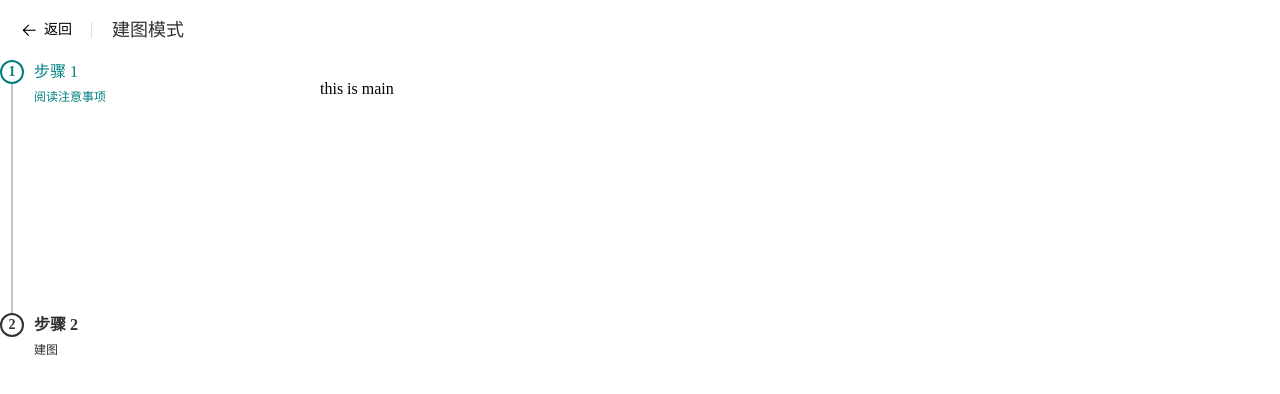
Repository: Forever518/BUAA_SE_Embedded_2021
Page: /#/Build (app in web/ros_web/)
An editor plug-in stored every save of this project. The page is shown before and after the next save, followed by the edit.
The browser window is 1280 px wide. The pictures show the whole page.
The project was rebuilt for these pictures with package versions that can differ from the ones it lists, and the page was loaded fresh each time. Also part of the build but not shown: web/ros_web/src/components/home.vue, web/ros_web/src/components/settings.vue, web/ros_web/src/components/help.vue, web/ros_web/src/components/about.vue, web/ros_web/src/views/Main.vue, web/ros_web/src/views/Mark.vue, web/ros_web/src/views/Serve.vue.

Above is the page before, as saved 2021-05-07 21:46:57.

### web/ros_web/src/App.vue
<template>
  <router-view/>
</template>

<script>
</script>

<style>
#app {
  font-family: 'Avenir', Helvetica, Arial, sans-serif;
  -webkit-font-smoothing: antialiased;
  -moz-osx-font-smoothing: grayscale;
  text-align: center;
  color: #2c3e50;
  margin-top: 60px;
}
html,
body,
#app{
  height: 100%;
}
* {
  padding: 0;
  margin: 0;
}
.el-container {
  height: 100%
}
.el-menu--horizontal > .el-menu-item {
  border-bottom: none!important;
}
.el-menu--horizontal > .el-menu-item:hover {
  border-bottom: none!important;
  /* color: rgb(51, 51, 243)!important; */
}
.el-menu--horizontal > .el-menu-item.is-active {
  border-bottom: none!important;
}
.el-menu--horizontal {
  border-bottom: none!important;
}
</style>

### web/ros_web/src/router/index.js
import Vue from 'vue'
import VueRouter from 'vue-router'
import Main from '../views/Main.vue'
import Mark from '../views/Mark.vue';
import Build from '../views/Build.vue';
import Serve from '../views/Serve.vue';

Vue.use(VueRouter)

const routes = [
  {
    path: '/Main',
    name: 'Main',
    component: Main
  },
  {
    path: '/Build',
    name: 'Build',
    component: Build
  },
  {
    path: '/Mark',
    name: 'Mark',
    component: Mark
  },
  {
    path: '/Serve',
    name: 'Serve',
    component: Serve
  },
  {
    path: '/',
    redirect: '/Main'
  }
]

const router = new VueRouter({
  routes
})

export default router

### web/ros_web/src/views/Build.vue
<template>
  <el-container>
    <el-header>
      <el-page-header @back="goBack" content="建图模式">
      </el-page-header>
    </el-header>
    <el-container>
      <el-aside>
        <div style="height: 300px;">
          <el-steps direction="vertical" :active="1">
            <el-step title="步骤 1" description="阅读注意事项"></el-step>
            <el-step title="步骤 2" description="建图"></el-step>
          </el-steps>
        </div>
      </el-aside>
      <el-container>
        <el-main>
          this is main
        </el-main>
      </el-container>
    </el-container>
  </el-container>
</template>

<script>
  export default {
    data() {
      return {

      }
    },
    methods: {
      goBack() {
        this.$router.push({
          name: 'Main'
        })
      }
    }
  }
</script>

<style>
.el-page-header {
  height: 100%!important;
  line-height: 60px!important;
}
</style>

Loaded but not shown: web/ros_web/public/index.html (common file); web/ros_web/src/main.js (common file); web/ros_web/src/plugins/element.js (common file); web/ros_web/src/element-variables.scss (common file)

After the next save:
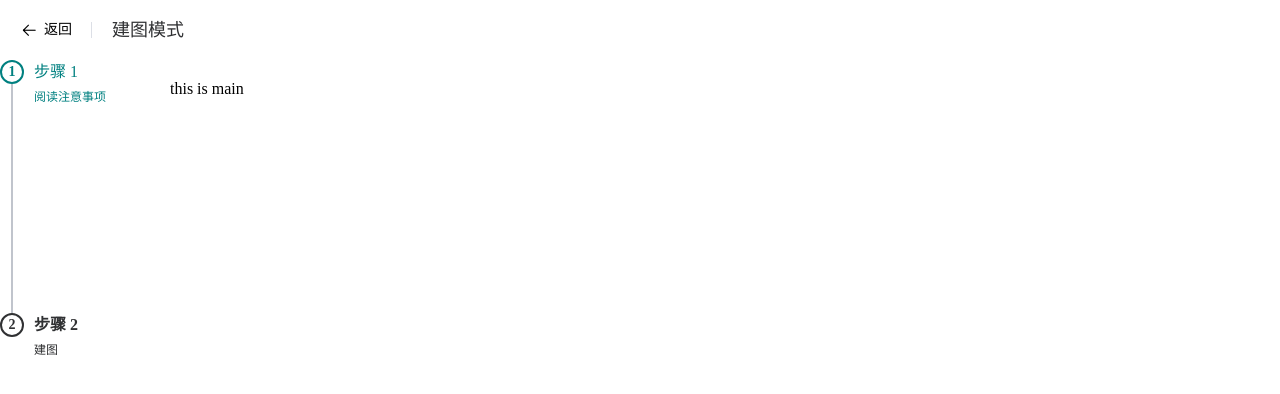
Saved 73 s later.
--- a/web/ros_web/src/views/Build.vue
+++ b/web/ros_web/src/views/Build.vue
@@ -44,4 +44,7 @@
   height: 100%!important;
   line-height: 60px!important;
 }
+.el-aside {
+  width: 150px!important;
+}
 </style>
